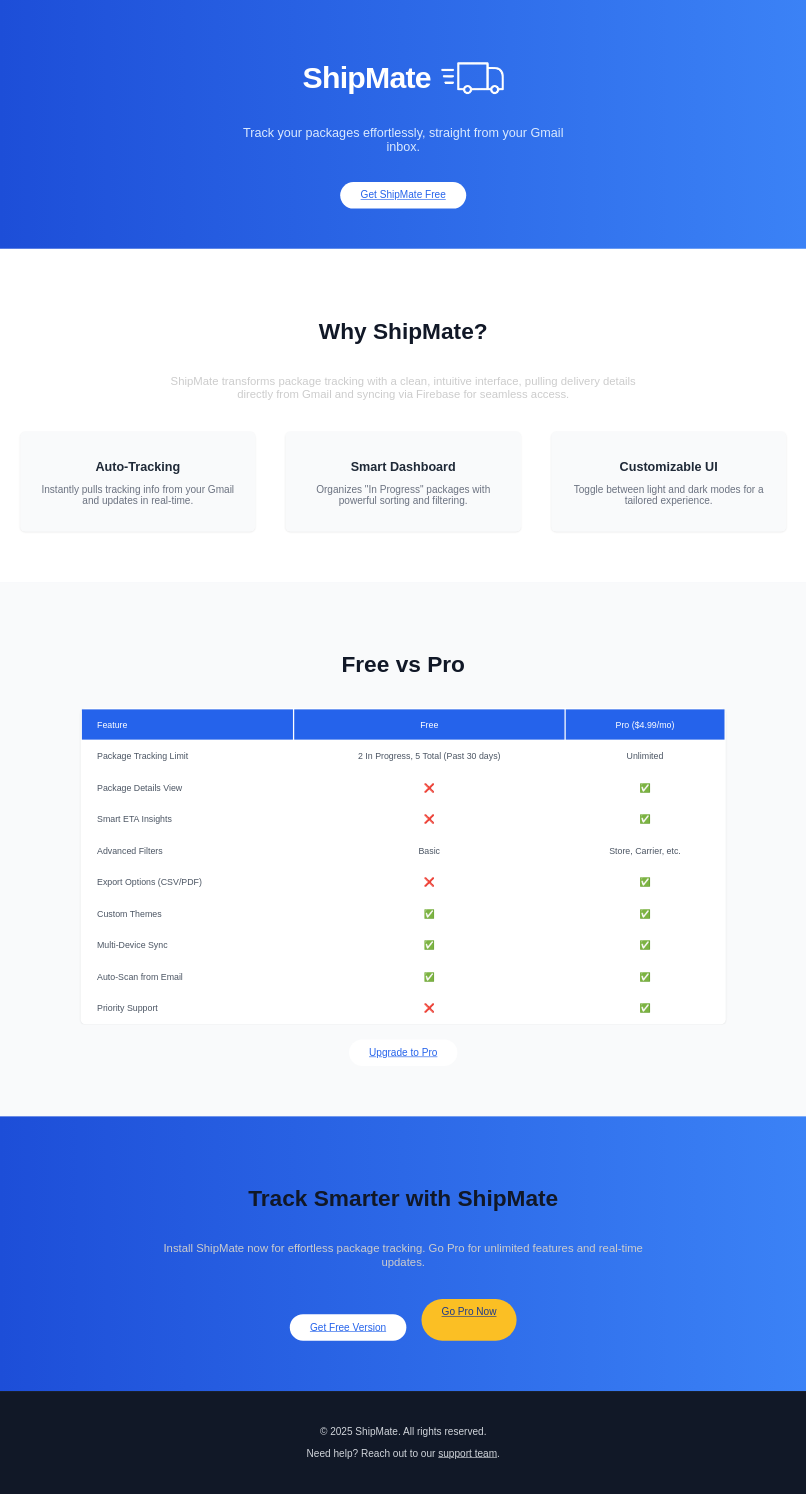
Repository: epeguero8311/shipmate-website
Page: index.html
An editor plug-in stored every save of this project. The page is shown before and after the next save, followed by the edit.
The browser window is 1280 px wide. The pictures show the whole page, at 63% of full size.

Above is the page before, as saved 2025-10-26 19:13:36.

### index.html
<!DOCTYPE html>
<html lang="en">
<head>
  <meta charset="UTF-8">
  <meta name="viewport" content="width=device-width, initial-scale=1.0">
  <title>ShipMate - Package Tracking Chrome Extension</title>
  <link rel="stylesheet" href="styles.css">
</head>
<body class="body">
  <header class="header">
    <div class="header-container">
      <div class="header-logo-title">
        <h1 class="header-title">ShipMate</h1>
        <img src="icon.png" alt="ShipMate Logo" class="header-logo">
      </div>
      <p class="header-subtitle">Track your packages effortlessly, straight from your Gmail inbox.</p>
      <a href="https://chromewebstore.google.com/detail/[your-extension-id]" class="btn btn-primary">Get ShipMate Free</a>
    </div>
  </header>
  <section class="section">
    <div class="section-container">
      <h2 class="section-title">Why ShipMate?</h2>
      <p class="section-subtitle">ShipMate transforms package tracking with a clean, intuitive interface, pulling delivery details directly from Gmail and syncing via Firebase for seamless access.</p>
      <div class="grid">
        <div class="card fade-in" style="animation-delay: 0.2s;">
          <h3 class="card-title">Auto-Tracking</h3>
          <p class="card-text">Instantly pulls tracking info from your Gmail and updates in real-time.</p>
        </div>
        <div class="card fade-in" style="animation-delay: 0.4s;">
          <h3 class="card-title">Smart Dashboard</h3>
          <p class="card-text">Organizes "In Progress" packages with powerful sorting and filtering.</p>
        </div>
        <div class="card fade-in" style="animation-delay: 0.6s;">
          <h3 class="card-title">Customizable UI</h3>
          <p class="card-text">Toggle between light and dark modes for a tailored experience.</p>
        </div>
      </div>
    </div>
  </section>
  <section class="section-alt">
    <div class="section-container">
      <h2 class="section-title">Free vs Pro</h2>
      <div class="table-wrapper">
        <table class="table">
          <thead>
            <tr class="table-header">
              <th class="table-cell-left">Feature</th>
              <th class="table-cell">Free</th>
              <th class="table-cell">Pro ($4.99/mo)</th>
            </tr>
          </thead>
          <tbody class="table-body">
            <tr class="table-row">
              <td class="table-cell-left">Package Tracking Limit</td>
              <td class="table-cell">2 In Progress, 5 Total (Past 30 days)</td>
              <td class="table-cell">Unlimited</td>
            </tr>
            <tr class="table-row">
              <td class="table-cell-left">Package Details View</td>
              <td class="table-cell">❌</td>
              <td class="table-cell">✅</td>
            <tr class="table-row">
              <td class="table-cell-left">Smart ETA Insights</td>
              <td class="table-cell">❌</td>
              <td class="table-cell">✅</td>
            </tr>
            <tr class="table-row">
              <td class="table-cell-left">Advanced Filters</td>
              <td class="table-cell">Basic</td>
              <td class="table-cell">Store, Carrier, etc.</td>
            </tr>
            <tr class="table-row">
              <td class="table-cell-left">Export Options (CSV/PDF)</td>
              <td class="table-cell">❌</td>
              <td class="table-cell">✅</td>
            </tr>
            <tr class="table-row">
              <td class="table-cell-left">Custom Themes</td>
              <td class="table-cell">✅</td>
              <td class="table-cell">✅</td>
            </tr>
            <tr class="table-row">
              <td class="table-cell-left">Multi-Device Sync</td>
              <td class="table-cell">✅</td>
              <td class="table-cell">✅</td>
            </tr>
            <tr class="table-row">
              <td class="table-cell-left">Auto-Scan from Email</td>
              <td class="table-cell">✅</td>
              <td class="table-cell">✅</td>
            </tr>
            <tr>
              <td class="table-cell-left">Priority Support</td>
              <td class="table-cell">❌</td>
              <td class="table-cell">✅</td>
            </tr>
          </tbody>
        </table>
      </div>
      <div class="text-center">
        <a href="https://stripe.com/[your-stripe-checkout-link]" class="btn btn-primary">Upgrade to Pro</a>
      </div>
    </div>
  </section>
  <section class="cta">
    <div class="cta-container">
      <h2 class="section-title">Track Smarter with ShipMate</h2>
      <p class="section-subtitle">Install ShipMate now for effortless package tracking. Go Pro for unlimited features and real-time updates.</p>
      <div class="cta-buttons">
        <a href="https://chromewebstore.google.com/detail/[your-extension-id]" class="btn btn-primary">Get Free Version</a>
        <a href="https://stripe.com/[your-stripe-checkout-link]" class="btn btn-secondary">Go Pro Now</a>
      </div>
    </div>
  </section>
  <footer class="footer">
    <div class="footer-container">
      <p>&copy; 2025 ShipMate. All rights reserved.</p>
      <p class="footer-link">Need help? Reach out to our <a href="mailto:support@shipmate.com" class="link">support team</a>.</p>
    </div>
  </footer>
</body>
</html>

### styles.css
html {
  scroll-behavior: smooth;
  -ms-overflow-style: none;
  scrollbar-width: none;
}

html::-webkit-scrollbar {
  display: none;
}

body {
  background-color: #F9FAFB;
  font-family: sans-serif;
  -webkit-font-smoothing: antialiased;
  margin: 0;
}

.header-container {
  max-width: 100%;
  padding: 0 1rem;
  text-align: center;
}

.header {
  background: linear-gradient(to right, #1D4ED8, #3B82F6);
  color: white;
  padding: 4rem 0;
}

.header-logo-title {
  display: flex;
  align-items: center;
  justify-content: center;
  gap: 1rem;
}

.header-logo {
  width: 8%;
  height: 8%;
}

.header-title {
  font-size: 2.25rem;
  font-weight: 800;
  letter-spacing: -0.025em;
  animation: fadeIn 1s forwards;
}

@media (min-width: 768px) {
  .header-title {
    font-size: 3rem;
  }
}

.header-subtitle {
  margin-top: 1rem;
  font-size: 1.125rem;
  color: #DBEAFE;
  max-width: 32rem;
  margin-left: auto;
  margin-right: auto;
}

@media (min-width: 768px) {
  .header-subtitle {
    font-size: 1.25rem;
  }
}

.btn {
  display: inline-block;
  font-weight: 500;
  padding: 0.75rem 2rem;
  border-radius: 9999px;
  transition: all 0.3s ease;
}

.btn-primary {
  background-color: white;
  color: #2563EB;
  margin-top: 1.5rem;
}

.btn-primary:hover {
  transform: scale(1.05);
  background-color: #EFF6FF;
}

.section {
  padding: 5rem 0;
  background-color: white;
}

.section-alt {
  padding: 5rem 0;
  background-color: #F9FAFB;
}

.section-container {
  max-width: 100%;
  padding: 0 1rem;
}

.section-title {
  font-size: 1.875rem;
  font-weight: 700;
  color: #111827;
  text-align: center;
  margin-bottom: 3rem;
  animation: fadeIn 1s forwards;
}

@media (min-width: 768px) {
  .section-title {
    font-size: 2.25rem;
  }
}

.section-subtitle {
  text-align: center;
  color: #cccccc;
  margin-bottom: 3rem;
  max-width: 48rem;
  margin-left: auto;
  margin-right: auto;
  font-size: 1.125rem;
}

.grid {
  display: grid;
  gap: 3rem;
  padding: 0 1rem;
}

@media (min-width: 768px) {
  .grid {
    grid-template-columns: repeat(3, 1fr);
  }
}

.card {
  text-align: center;
  padding: 1.5rem;
  background-color: #F9FAFB;
  border-radius: 0.5rem;
  box-shadow: 0 1px 3px rgba(0, 0, 0, 0.1);
  transition: transform 0.3s ease;
}

.card:hover {
  transform: scale(1.05);
}

.card-title {
  font-size: 1.25rem;
  font-weight: 600;
  color: #1F2937;
  margin-bottom: 0.75rem;
}

.card-text {
  color: #6B7280;
}

.table-wrapper {
  overflow-x: auto;
  padding: 0 1rem;
}

.table {
  width: 100%;
  max-width: 64rem;
  margin-left: auto;
  margin-right: auto;
  background-color: white;
  border-radius: 0.5rem;
  box-shadow: 0 1px 3px rgba(0, 0, 0, 0.1);
}

.table-header {
  background-color: #2563EB;
  color: white;
}

.table-cell {
  padding: 1rem 1.5rem;
  text-align: center;
  font-size: 0.875rem;
  font-weight: 500;
}

.table-cell-left {
  padding: 1rem 1.5rem;
  text-align: left;
  font-size: 0.875rem;
  font-weight: 500;
}

.table-body {
  color: #4B5563;
}

.table-row {
  border-bottom: 1px solid #E5E7EB;
}

.text-center {
  text-align: center;
}

.cta {
  padding: 5rem 0;
  background: linear-gradient(to right, #1D4ED8, #3B82F6);
  color: white;
}

.cta-container {
  max-width: 100%;
  padding: 0 1rem;
  text-align: center;
}

.cta-buttons {
  display: flex;
  flex-direction: column;
  justify-content: center;
  gap: 1.5rem;
}

@media (min-width: 640px) {
  .cta-buttons {
    flex-direction: row;
  }
}

.btn-secondary {
  background-color: #FBBF24;
  color: #1E3A8A;
}

.btn-secondary:hover {
  transform: scale(1.05);
  background-color: #FCD34D;
}

.footer {
  padding: 2.5rem 0;
  background-color: #111827;
  color: #D1D5DB;
}

.footer-container {
  max-width: 100%;
  padding: 0 1rem;
  text-align: center;
}

.footer-link {
  margin-top: 0.5rem;
}

.link {
  text-decoration: underline;
  color: #D1D5DB;
}

.link:hover {
  color: white;
}

.fade-in {
  opacity: 0;
  animation: fadeIn 1s forwards;
}

@keyframes fadeIn {
  to { opacity: 1; }
}

After the next save:
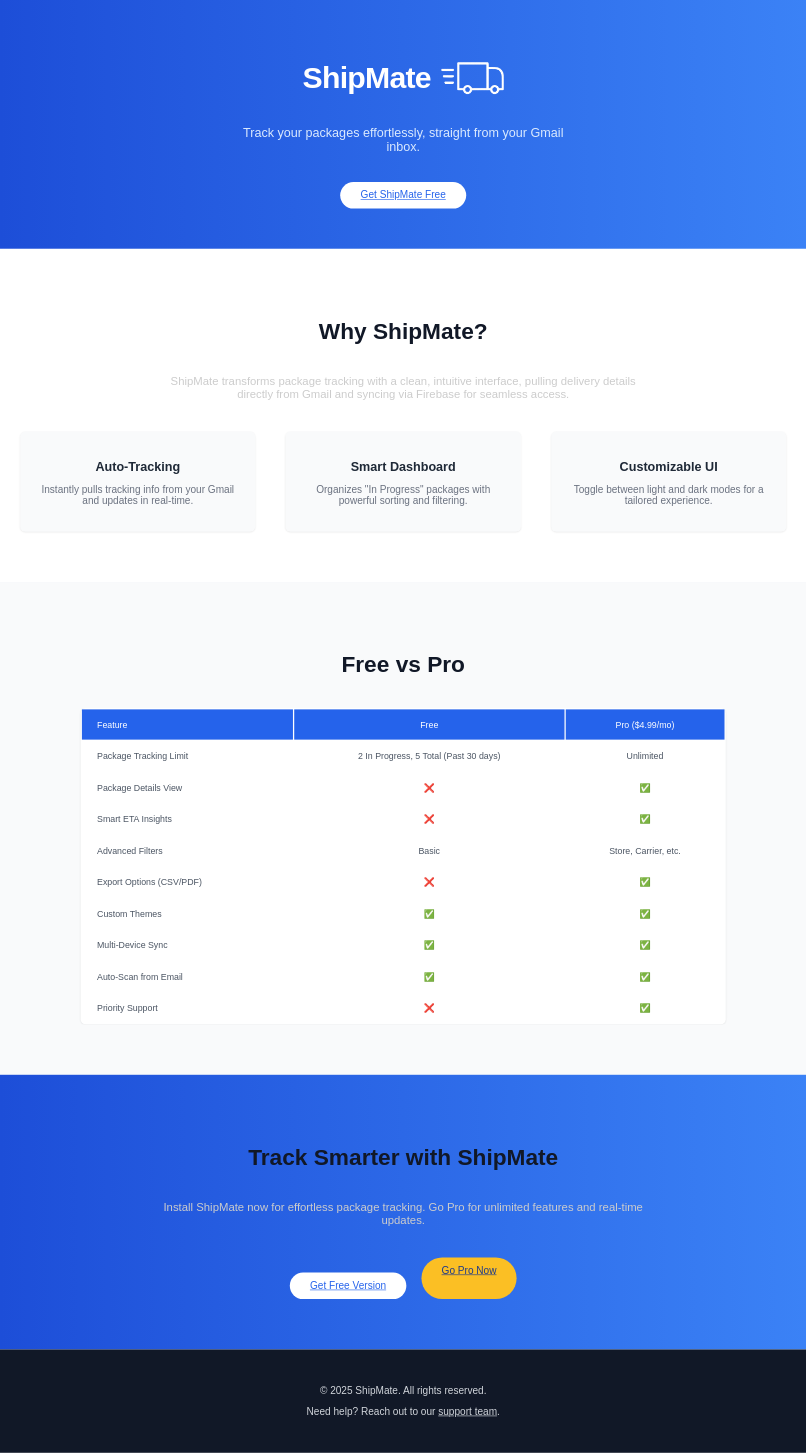
Saved 27 s later.
--- a/index.html
+++ b/index.html
@@ -97,9 +97,6 @@
           </tbody>
         </table>
       </div>
-      <div class="text-center">
-        <a href="https://stripe.com/[your-stripe-checkout-link]" class="btn btn-primary">Upgrade to Pro</a>
-      </div>
     </div>
   </section>
   <section class="cta">
